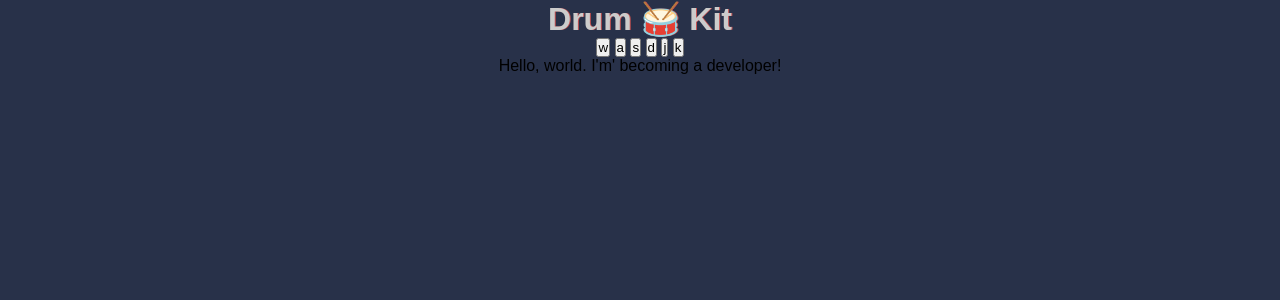
Repository: doncsar/yu-frontend-bootcamp
Page: 17-drumkit/index.html
The author's editor kept a copy of each file at every save. The page is drawn from the files as they stood at one save, then again after the next save.
The browser window is 1280 px wide. The pictures show the whole page.

Above is the page before, as saved 2024-01-24 06:59:31.

### 17-drumkit/index.html
<!DOCTYPE html>
<html lang="en">
<head>
   <meta charset="UTF-8">
   <meta name="viewport" content="width=device-width, initial-scale=1.0">
   <title>Drum Kit</title>
   <link rel="stylesheet" href="style.css">
   <script src="script.js" defer></script>
</head>
<body>
   <h1> Drum 🥁 Kit</h1>
   <div class="set">
      <button class="w drum">w</button>
      <button class="a drum">a</button>
      <button class="s drum">s</button>
      <button class="d drum">d</button>
      <button class="j drum">j</button>
      <button class="k drum">k</button>
   </div>
   <footer>Hello, world. I'm' becoming a developer!</footer>
</body>
</html>

### 17-drumkit/style.css
* {
   box-sizing: border-box;
   margin: 0;
   padding: 0;
}

body {
   text-align: center;
   font-family: Arial, sans-serif;
   background-color: #283149;
}

h1 {
   color: #CCC;
   text-shadow: 1px 0px #c35151;
}

Loaded but not shown: 17-drumkit/script.js (no copy from this time; the picture is the same without it)

After the next save:
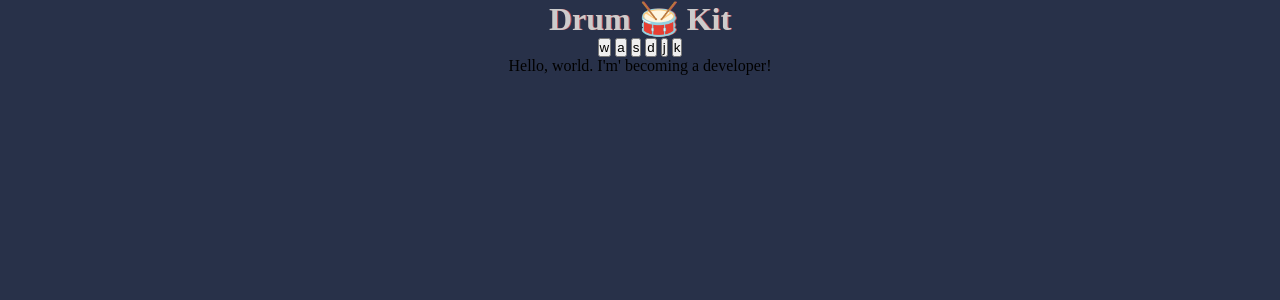
Saved 18 s later.
--- a/17-drumkit/style.css
+++ b/17-drumkit/style.css
@@ -6,7 +6,6 @@
 
 body {
    text-align: center;
-   font-family: Arial, sans-serif;
    background-color: #283149;
 }
 
